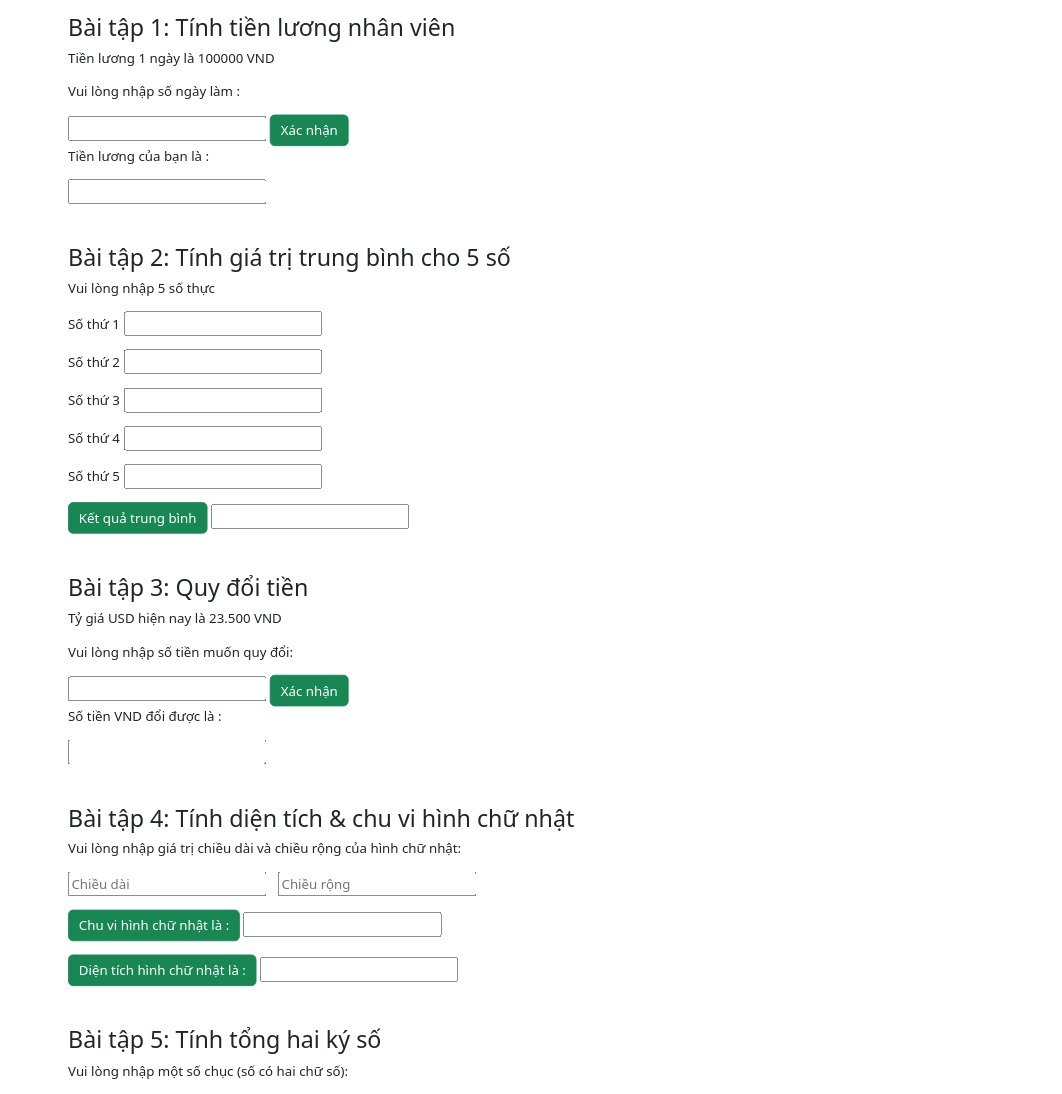
Repository: hcozyph/TranHuuPhuoc_BC43_BT_JS_Buoi2
Page: index.html
These files come from the project's save history. The page is drawn as it stood at one moment and after the next save; the edit follows.
The browser window is 1280 px wide. The pictures show the whole page, at 83% of full size.

Above is the page before, as saved 2023-01-21 23:23:37.

After the next save:
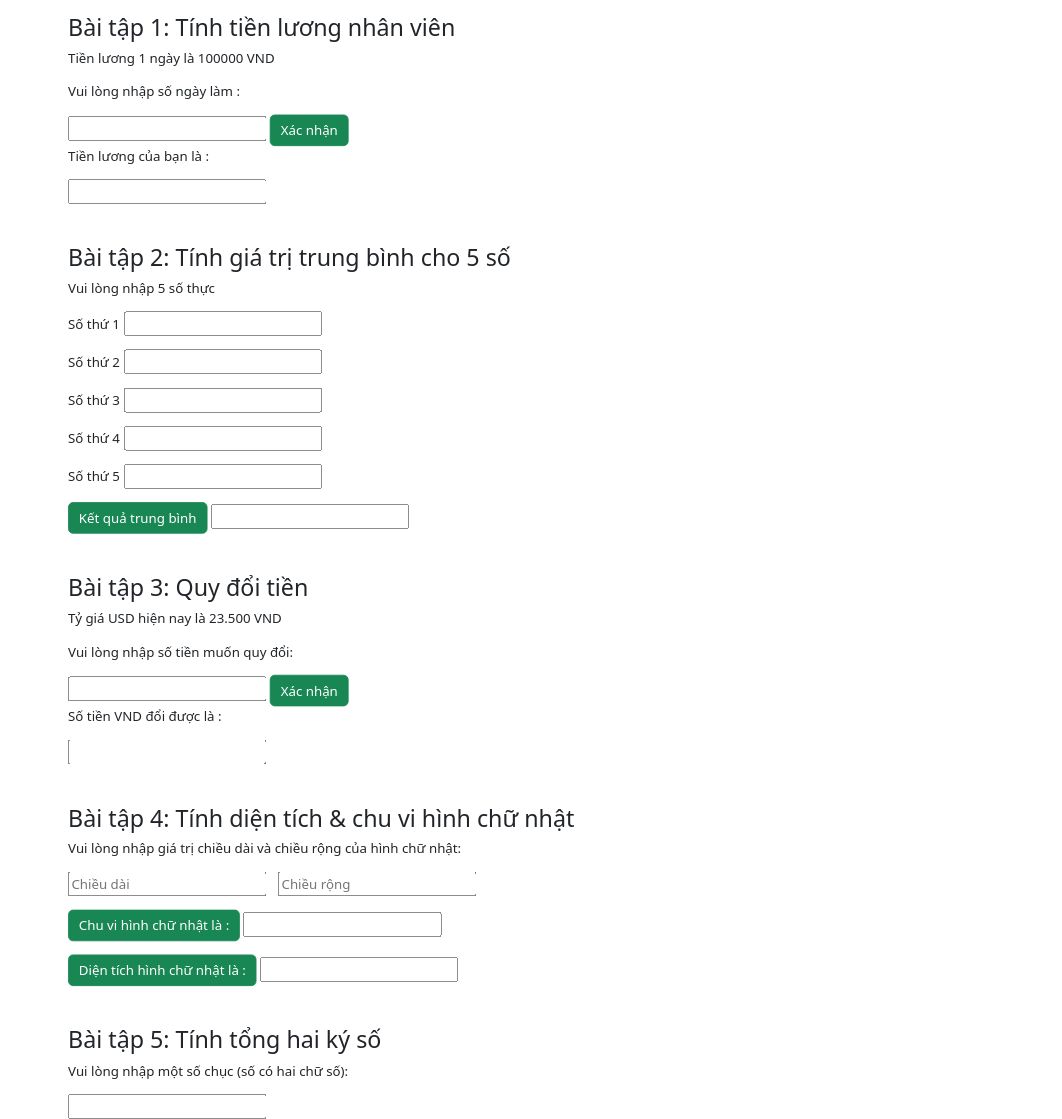
Saved 2 s later.
--- a/index.html
+++ b/index.html
@@ -128,6 +128,7 @@
             <div class="BT5">
                 <h1 class="fs-3 mt-5">Bài tập 5: Tính tổng hai ký số</h1>
                 <p>Vui lòng nhập một số chục (số có hai chữ số):</p>
+                <input type="number" id="inputSoChuc" />
             </div>
         </div>
 
